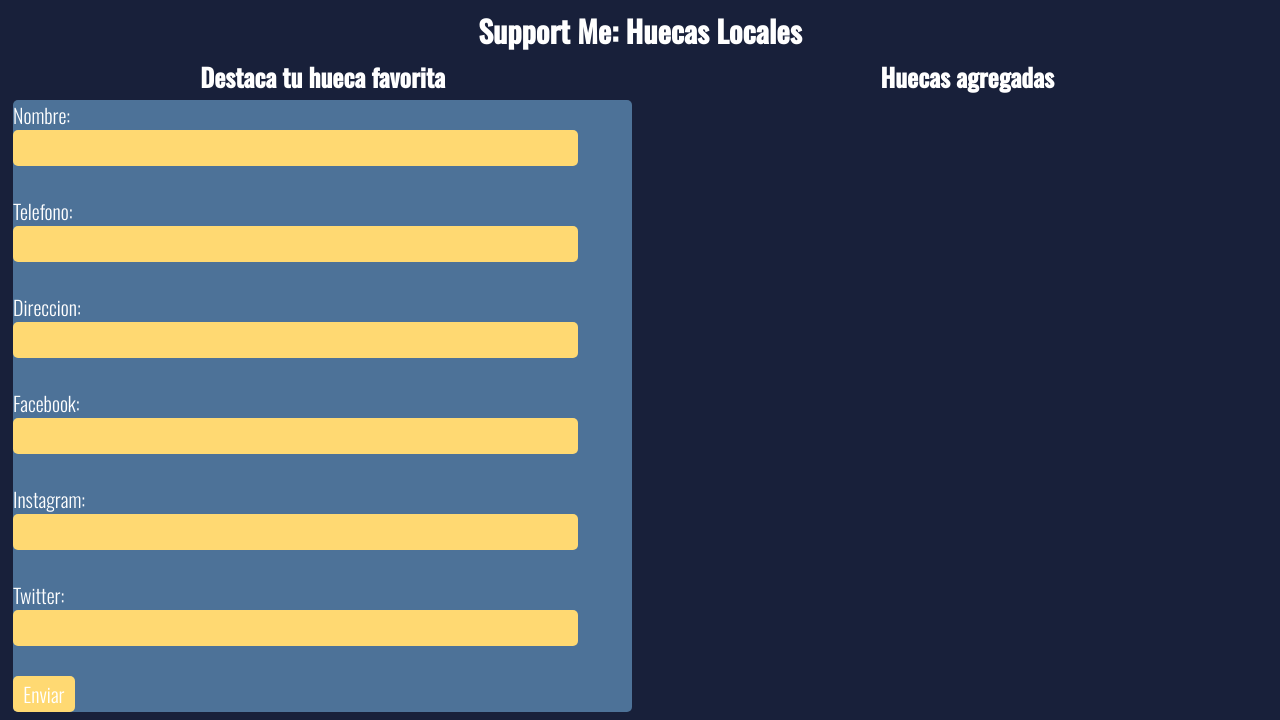
Repository: renzopachecoj/huecas-website
Page: index.html
These files come from the project's save history. The page is drawn as it stood at one moment and after the next save; the edit follows.
The browser window is 1280 px wide. The pictures show the whole page.

Above is the page before, as saved 2020-08-01 15:33:38.

### index.html
<!DOCTYPE html>
<html>
<head>
    <title>Huecas</title>
    <link rel="stylesheet" href="styles.css">
</head>
<body>
    <h1>Support Me: Huecas Locales</h1>
    <div id="content">
    <div class="col">
        <h2>Destaca tu hueca favorita</h2>
        <form action="huecas.php" method="post">
            Nombre: <input type="text" name="nombre"><br>
            Telefono: <input type="tel" name="telefono"><br>
            Direccion: <input type="text" name="direccion"><br>
            Facebook: <input type="url" name="facebook"><br>
            Instagram: <input type="url" name="instagram"><br>
            Twitter: <input type="url" name="twitter"><br>
            <input type="submit" value="Enviar">
        </form>
    </div>
    <div class="col">
        <h2>Huecas agregadas</h2>
    </div>
</div>
</body>
</html>

### styles.css
@import url('https://fonts.googleapis.com/css2?family=Oswald:wght@300;500&display=swap');

* {
    font-family: 'Oswald', sans-serif;
    font-weight: lighter;
    font-size: 20px;
    color: #fff;
}
body{
    background-color: #18203a;
}
h1{
    font-size: 30px;
    font-weight: bold;
    width: 100%;
    text-align: center;
    margin: 5px 0px 5px 0px;
}
h2{
    font-size: 25px;
    font-weight: bold;
    width: 100%;
    text-align: center;
    margin: 0px 0px 5px 0px;
}
.col{
    display: flex;
    flex-direction: column;
    width: 49%;
}
#content{
    display: flex;
    flex-direction: row;
    float: left;
    column-gap: 2%;
    width: 100%;
    margin: 0px 5px 5px 5px;
}
input{
    width: 90%;
    border-radius: 5px;
    border-color: transparent;
    background-color: #FFD972;
}
input[value="Enviar"]{
    width: 10%;
    z-index: 100;
}
form{
    background-color: #4D7298;
    border-radius: 5px;
    display: flex;
    flex-direction: column;
}

After the next save:
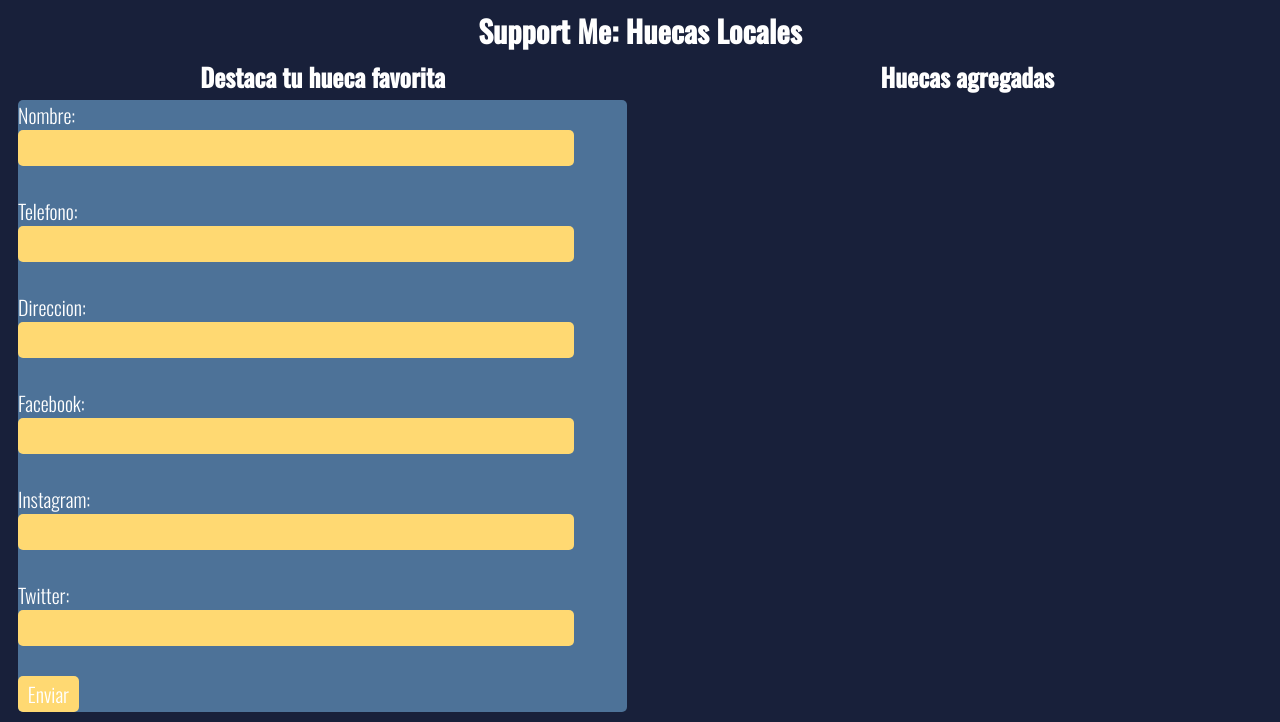
Saved 14 s later.
--- a/styles.css
+++ b/styles.css
@@ -49,6 +49,7 @@ input[value="Enviar"]{
 form{
     background-color: #4D7298;
     border-radius: 5px;
+    margin: 0px 5px 5px 5px;
     display: flex;
     flex-direction: column;
 }
